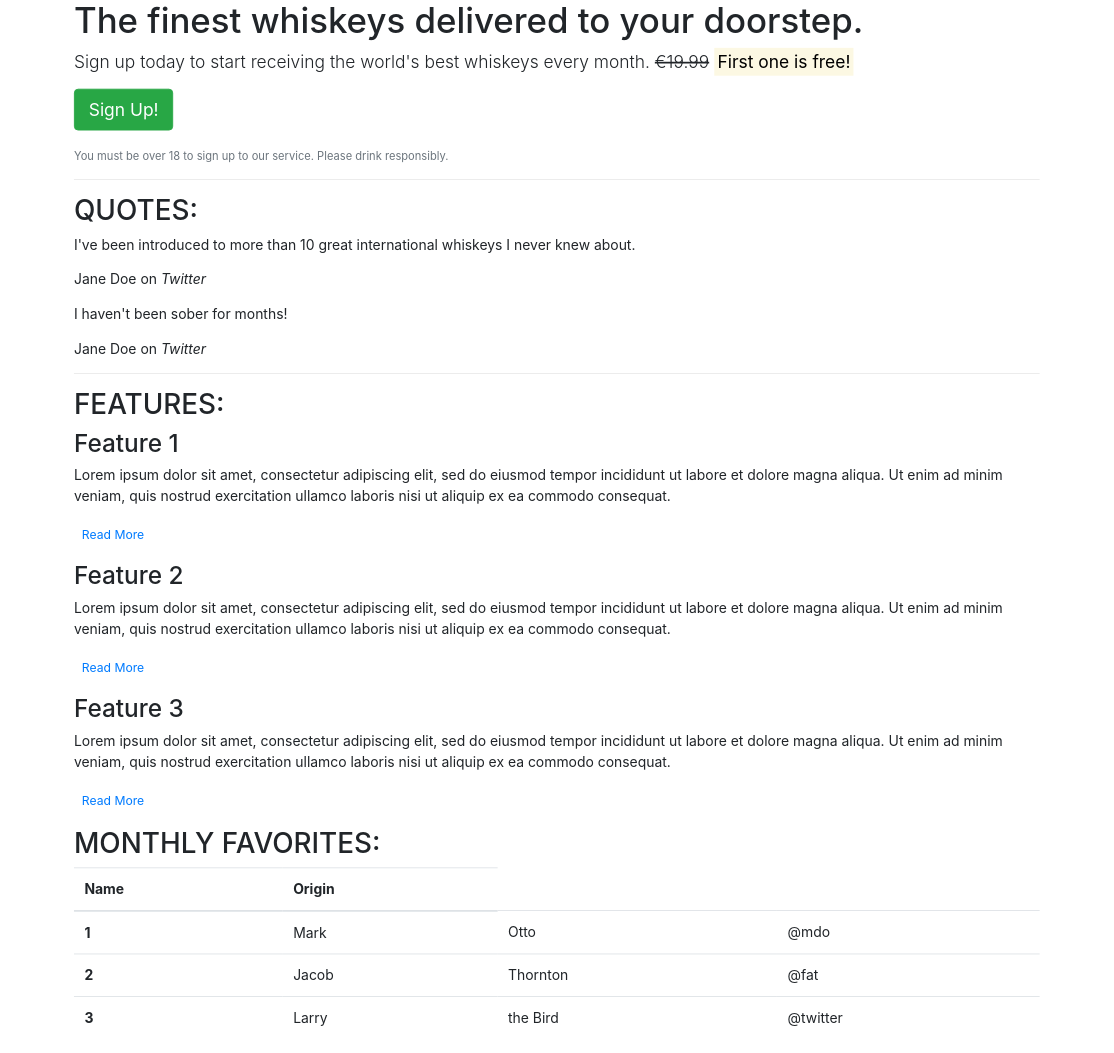
Repository: grisselfaura/BootstrappingYourNextBigIdea-BS4
Page: index.html
The author's editor kept a record of every edit. The page is drawn from the files as they stood at one moment, then again after the next edit.
The browser window is 1280 px wide. The pictures show the whole page, at 87% of full size.

Above is the page before.

After the next edit:
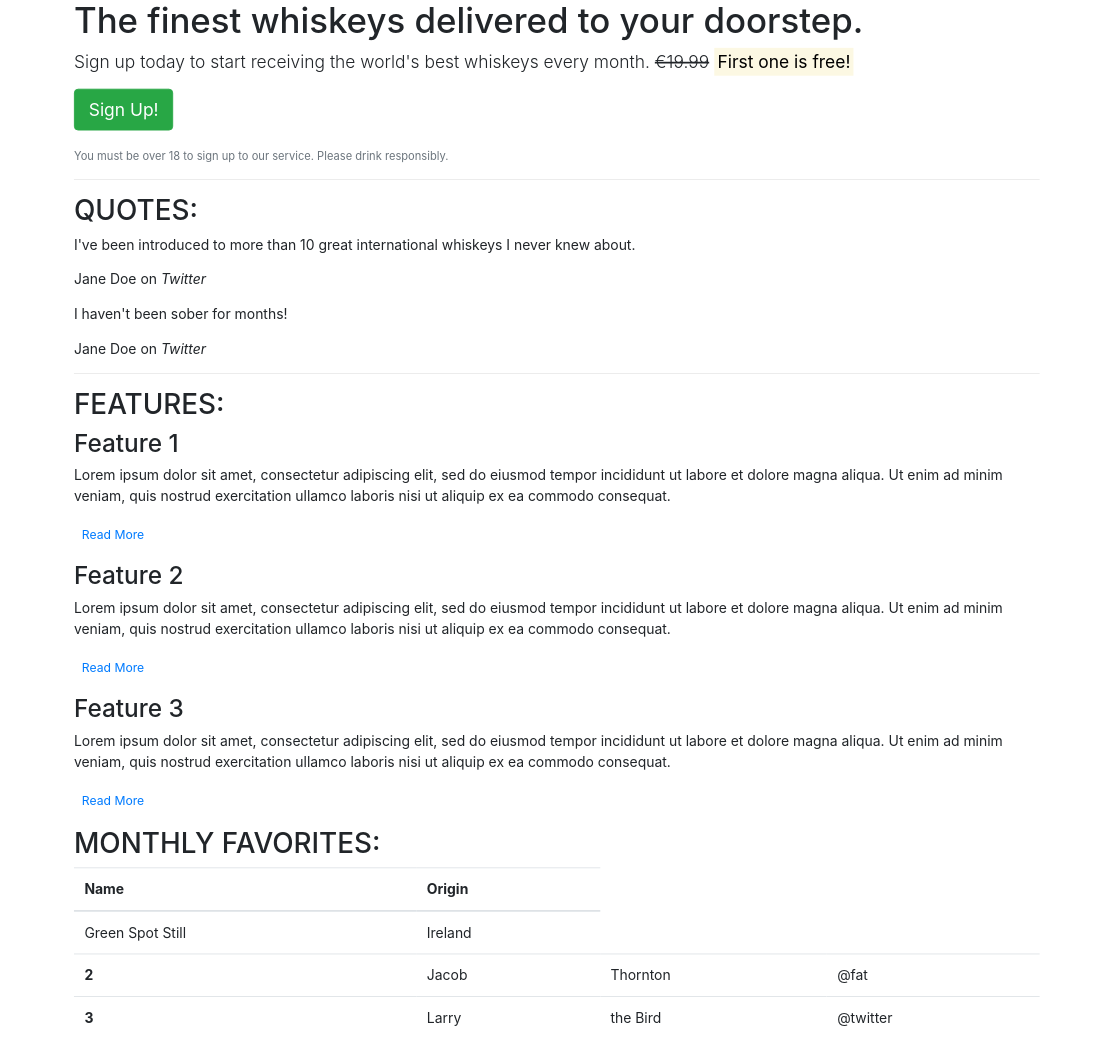
The edit:
--- a/index.html
+++ b/index.html
@@ -66,10 +66,8 @@
           </thead>
           <tbody>
             <tr>
-              <th scope="row">1</th>
-              <td>Mark</td>
-              <td>Otto</td>
-              <td>@mdo</td>
+              <td scope="row">Green Spot Still</td>
+              <td>Ireland</td>
             </tr>
             <tr>
               <th scope="row">2</th>
